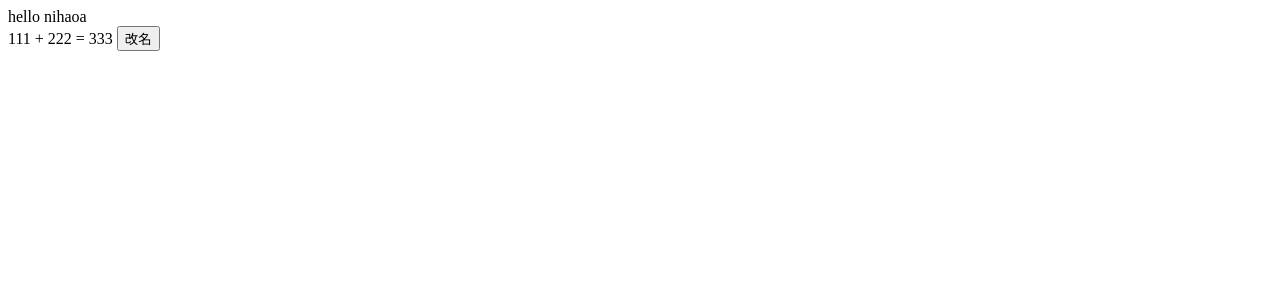
Repository: zgw88/vite-svelte
Page: /
These files come from the project's save history. The page is drawn as it stood at one moment and after the next save; the edit follows.
The browser window is 1280 px wide. The pictures show the whole page.
The project was rebuilt for these pictures with package versions that can differ from the ones it lists, and the page was loaded fresh each time. Also part of the build but not shown: vite.config.js, src/app.css.

Above is the page before, as saved 2022-08-08 16:43:36.

After the next save:
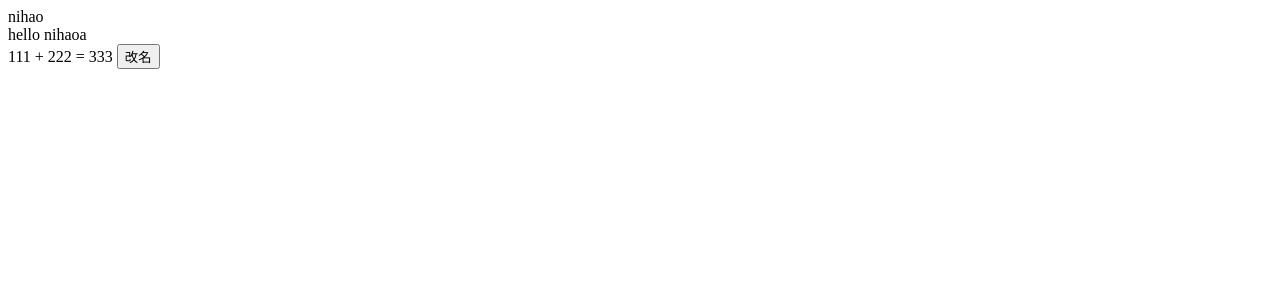
Saved 6 s later.
--- a/src/App.svelte
+++ b/src/App.svelte
@@ -9,7 +9,7 @@
 </script>
 
 
-<div title={name}></div>
+<div title={name}>nihao</div>
 <div>hello {name}</div>
 <span>{a} + {b} = {a + b}</span>
 <button on:click={handleClick}>改名</button>
